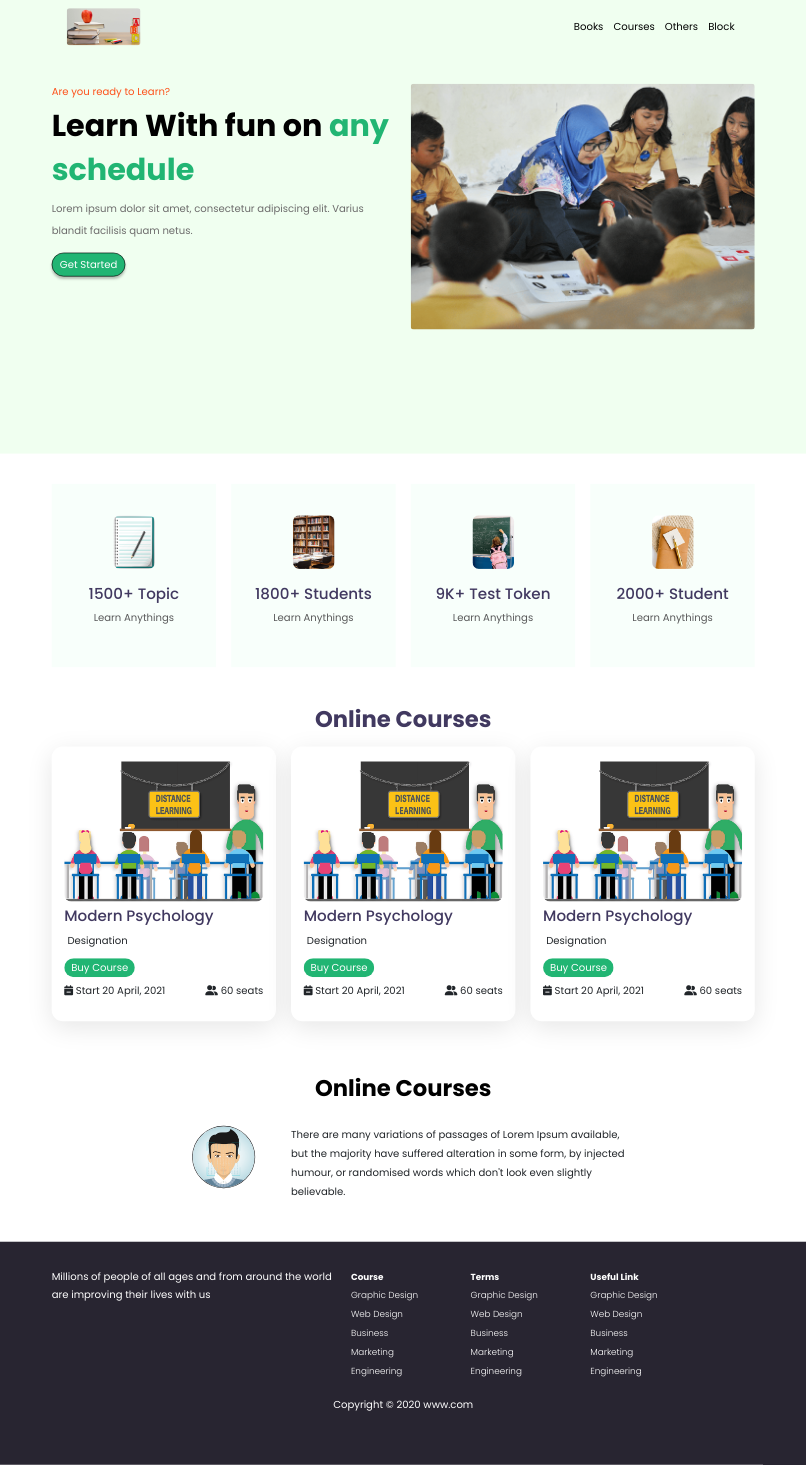
Repository: zjria/Figma-to-E-school
Page: index.html
The author's editor kept a copy of each file at every save. The page is drawn from the files as they stood at one save, then again after the next save.
The browser window is 1280 px wide. The pictures show the whole page, at 63% of full size.
Some web libraries are served in a nearby version.

Above is the page before, as saved 2022-05-07 09:31:20.

After the next save:
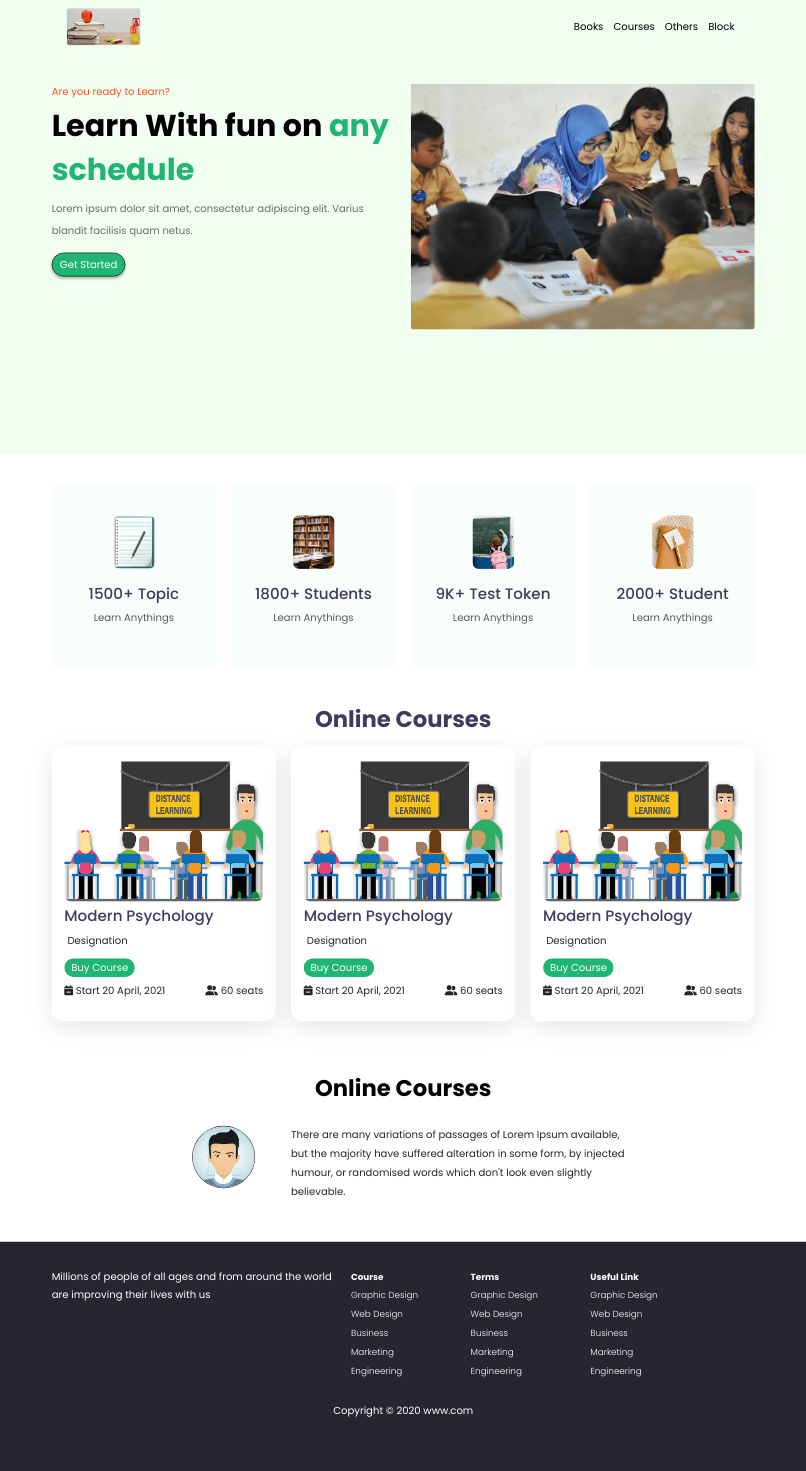
Saved 41 s later.
--- a/style.css
+++ b/style.css
@@ -164,7 +164,7 @@ line-height: 30px;
     line-height: 30px;
 }
 .copy-right{
-    margin-top: 10px
+    margin-top: 10px;
     font-size: 16px;
     line-height: 30px;
 }
